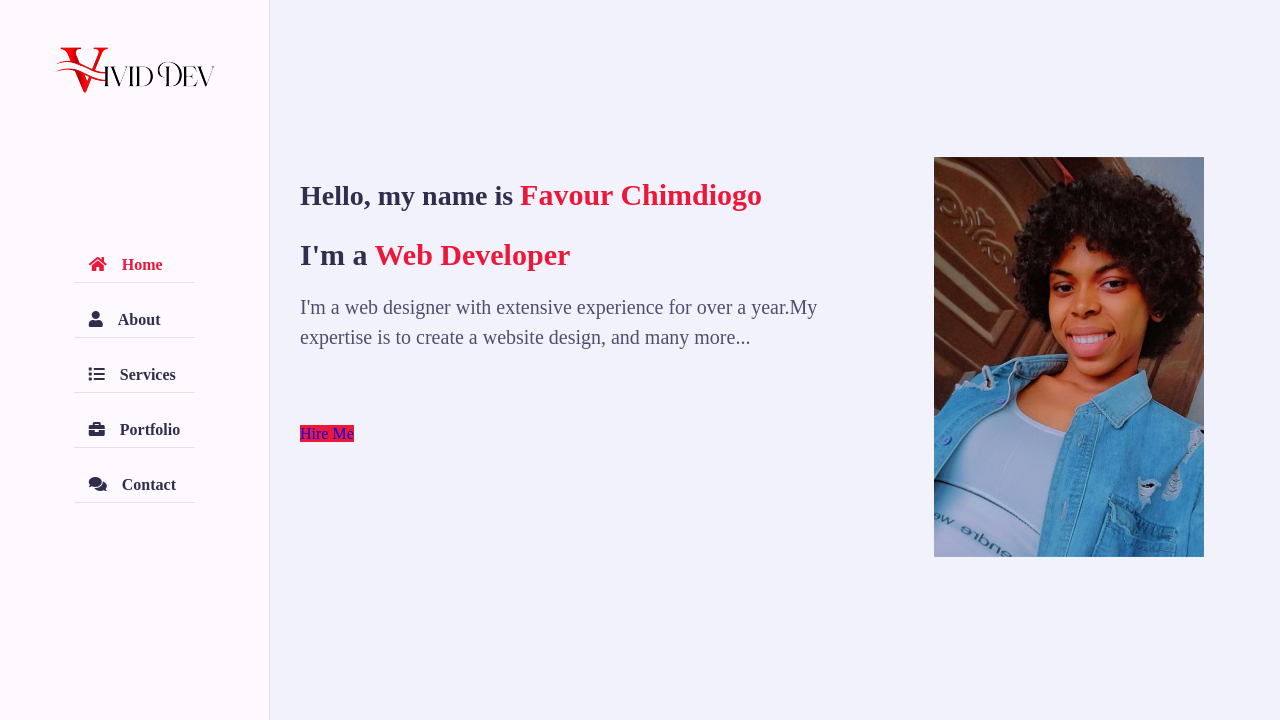
Repository: Big-Fave1/vivid-dev-portfolio
Page: build/index.html
These files come from the project's save history. The page is drawn as it stood at one moment and after the next save; the edit follows.
The browser window is 1280 px wide. The pictures show the whole page.
Some web fonts or font styles are not loaded; a fallback is used.

Above is the page before, as saved 2025-05-30 12:24:59.

After the next save:
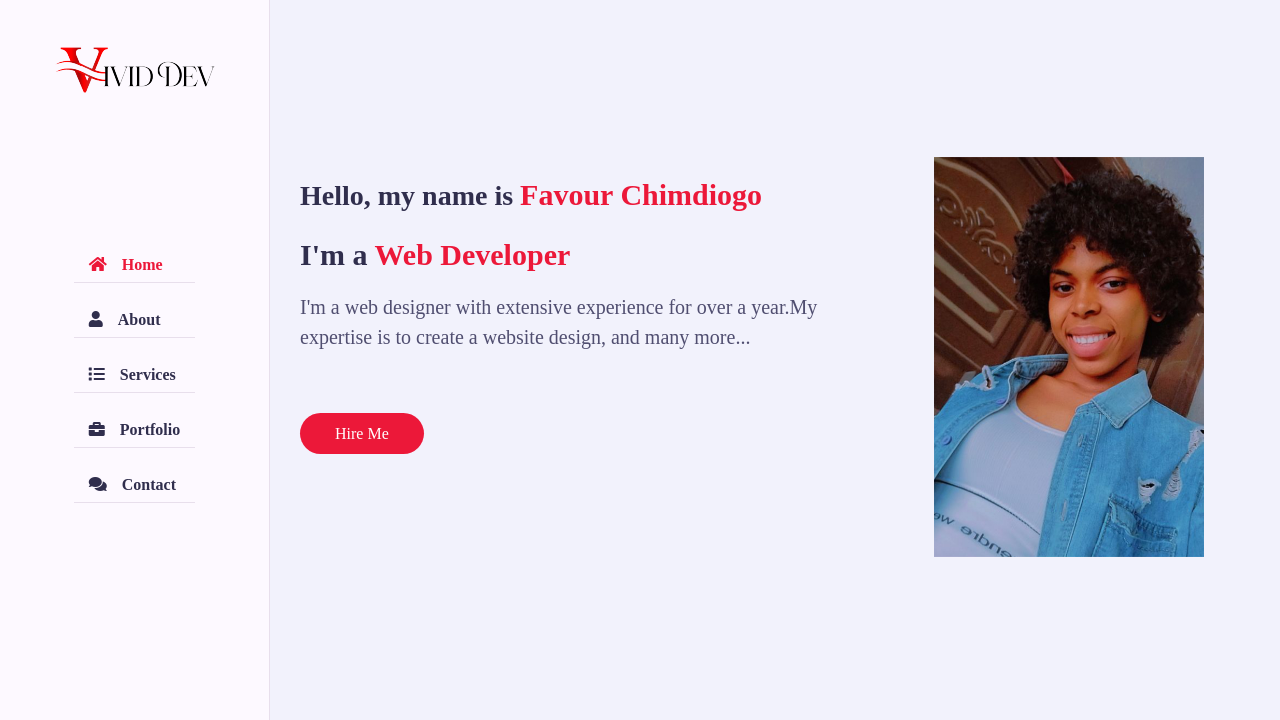
Saved 68 s later.
--- a/build/css/style.css
+++ b/build/css/style.css
@@ -71,7 +71,10 @@ ul
 {
     font-size: 16px;
     font-weight: 500;
+    padding: 12px 35px;
     background: var(--skin-color);
+    color: white;
+    border-radius:40px;
 }
 /* aside */
 .aside
